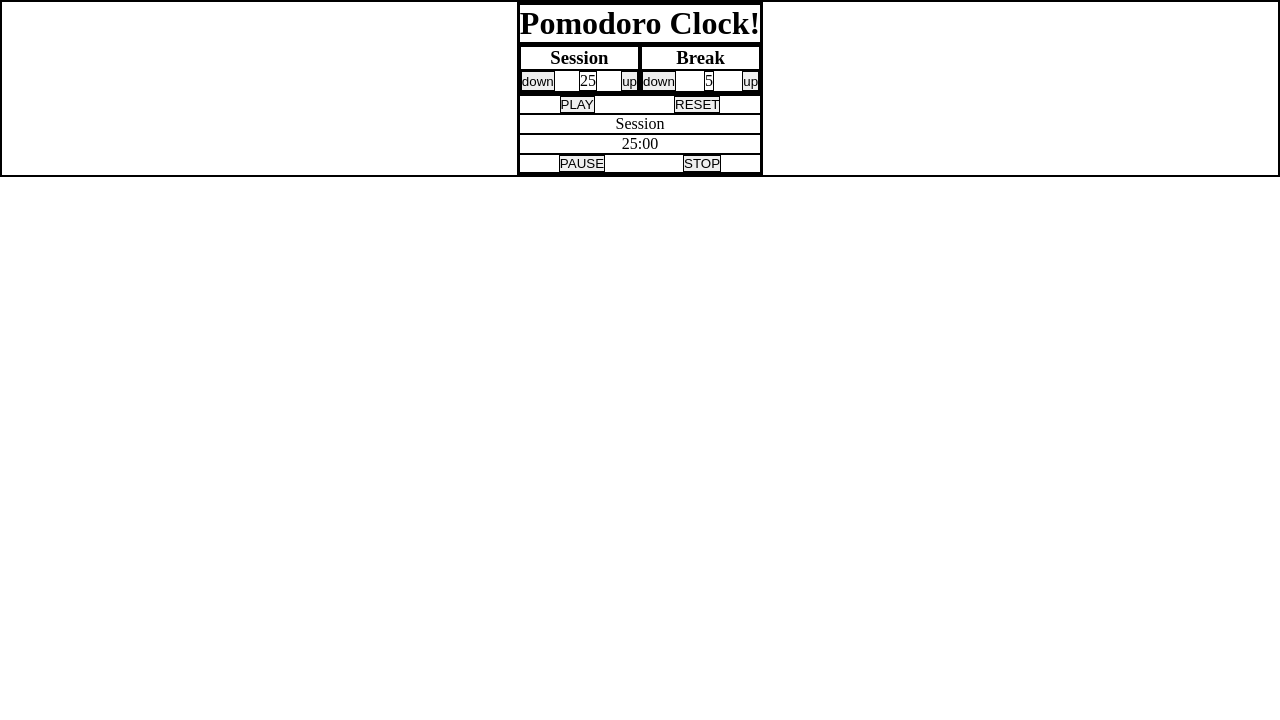
Repository: mcostigliola/pomodoroTimer
Page: index.html
The author's editor kept a copy of each file at every save. The page is drawn from the files as they stood at one save, then again after the next save.
The browser window is 1280 px wide. The pictures show the whole page.

Above is the page before, as saved 2020-06-05 19:08:34.

After the next save:
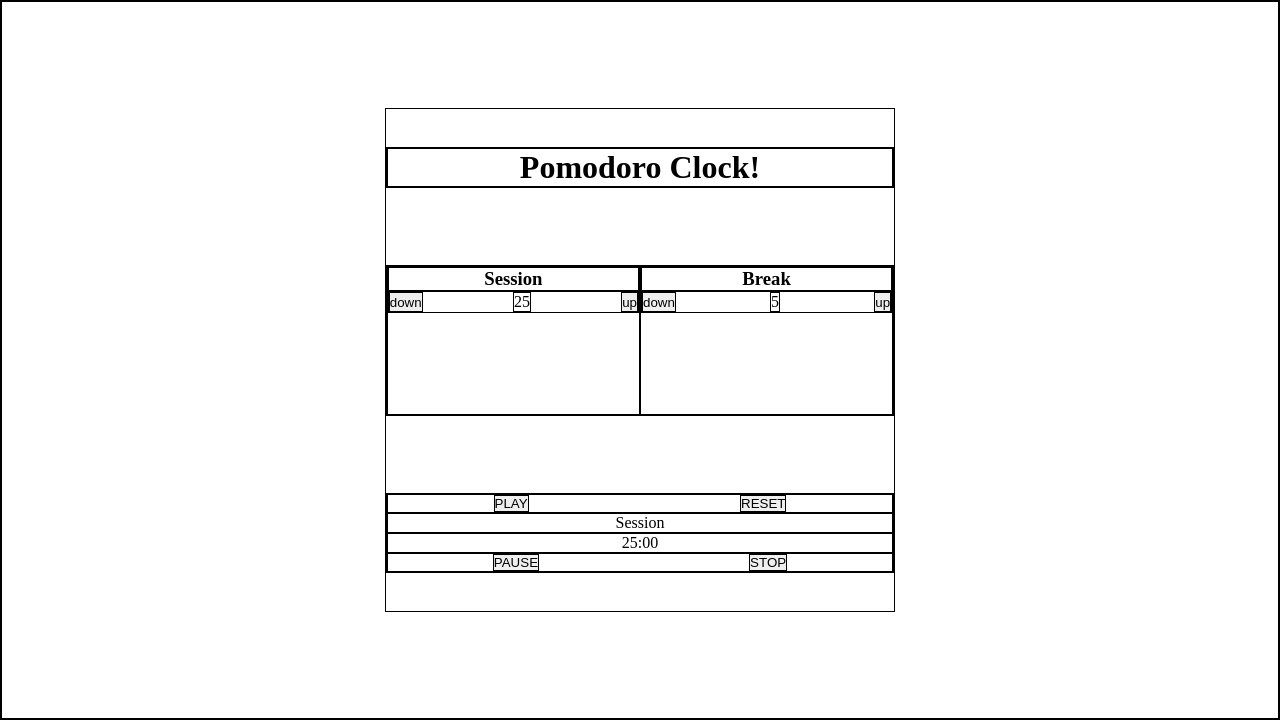
Saved 13 min 18 s later.
--- a/main.css
+++ b/main.css
@@ -5,22 +5,35 @@
     padding:0;
 }
 
+html{
+    height: 100%;
+}
+
 body{
     display: flex;
     flex-flow: column;
+    height: 100%;
 }
 
 #main-container{
     display: flex;
     flex-flow: column;
+    height: 70vh;
+    justify-content: space-around;
     margin: auto;
+    width: 40%;
 }
 
 #session-container{
     display: flex;
+    height: 30%;
 }
 
 #timer-container p{
+    text-align: center;
+}
+
+#title-watch{
     text-align: center;
 }
 
